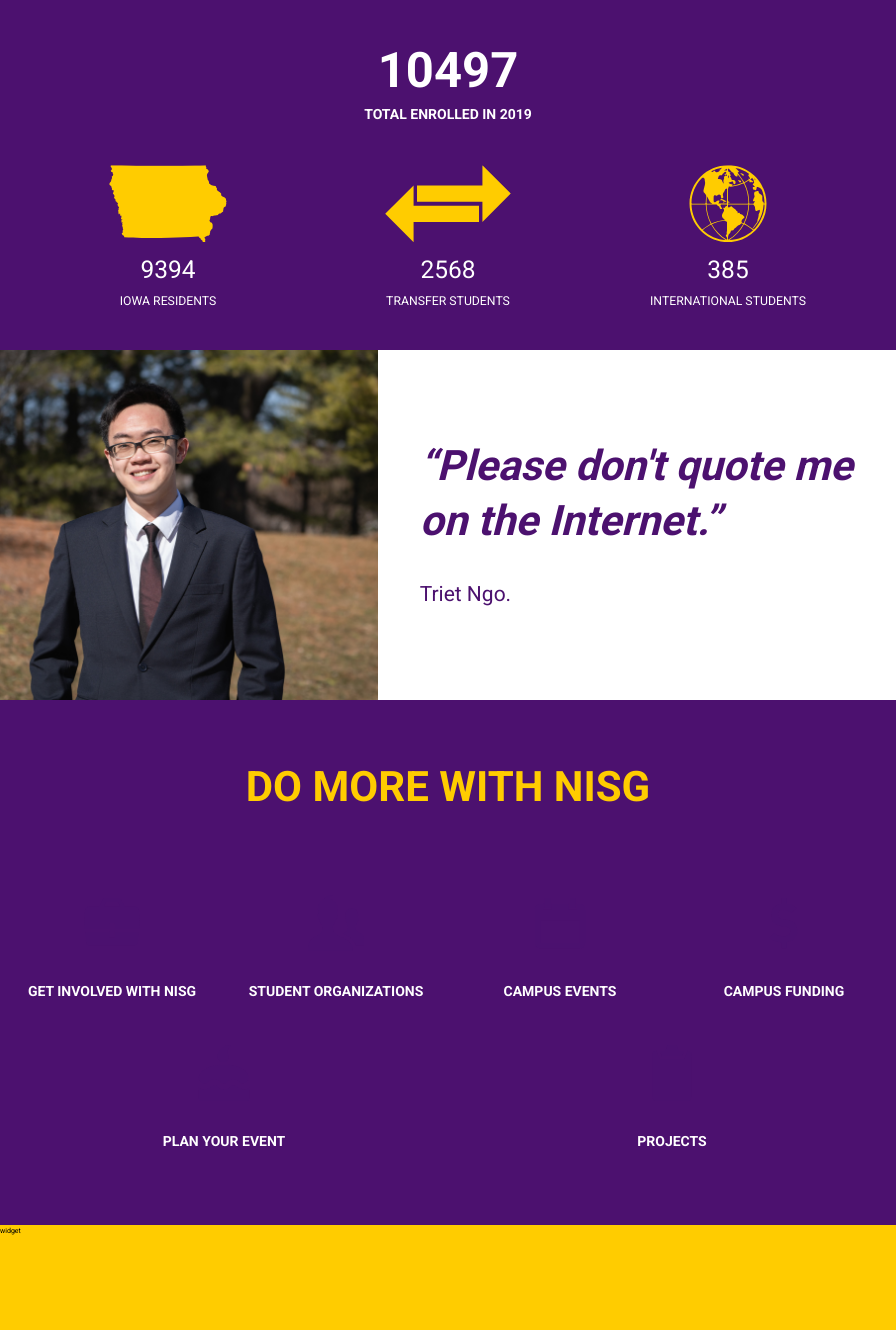
Repository: trietngo/nisg
Page: index.html
These files come from the project's save history. The page is drawn as it stood at one moment and after the next save; the edit follows.
The browser window is 1280 px wide. The pictures show the part of the page from y = 720 to 2620 px (the page is 3270 px tall), at 70% of full size.
Some web fonts or font styles are not loaded; a fallback is used. The style sheet was rebuilt from its Sass, Less or Tailwind sources for each picture, by a compiler version that may differ from the author's.

Above is the page before, as saved 2020-08-29 15:02:25.

After the next save:
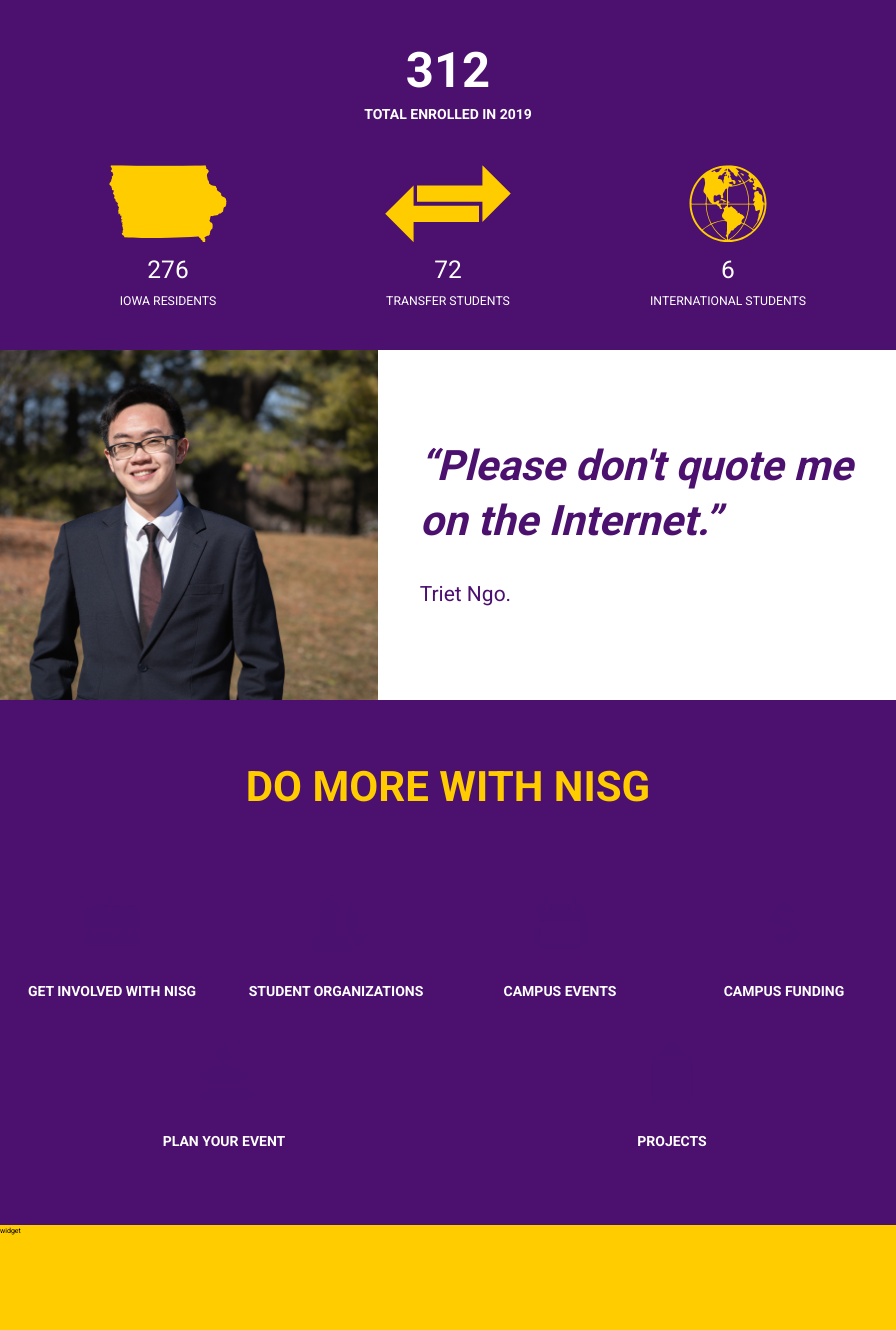
Saved 8 s later.
--- a/script.js
+++ b/script.js
@@ -11,7 +11,7 @@
 
         if (count < target) {
             counter.innerText = count + inc;
-            setTimeout(updateCount, 10);
+            setTimeout(updateCount, 1000);
         } else {
             counter.innerText = target;
         }

After the save that followed:
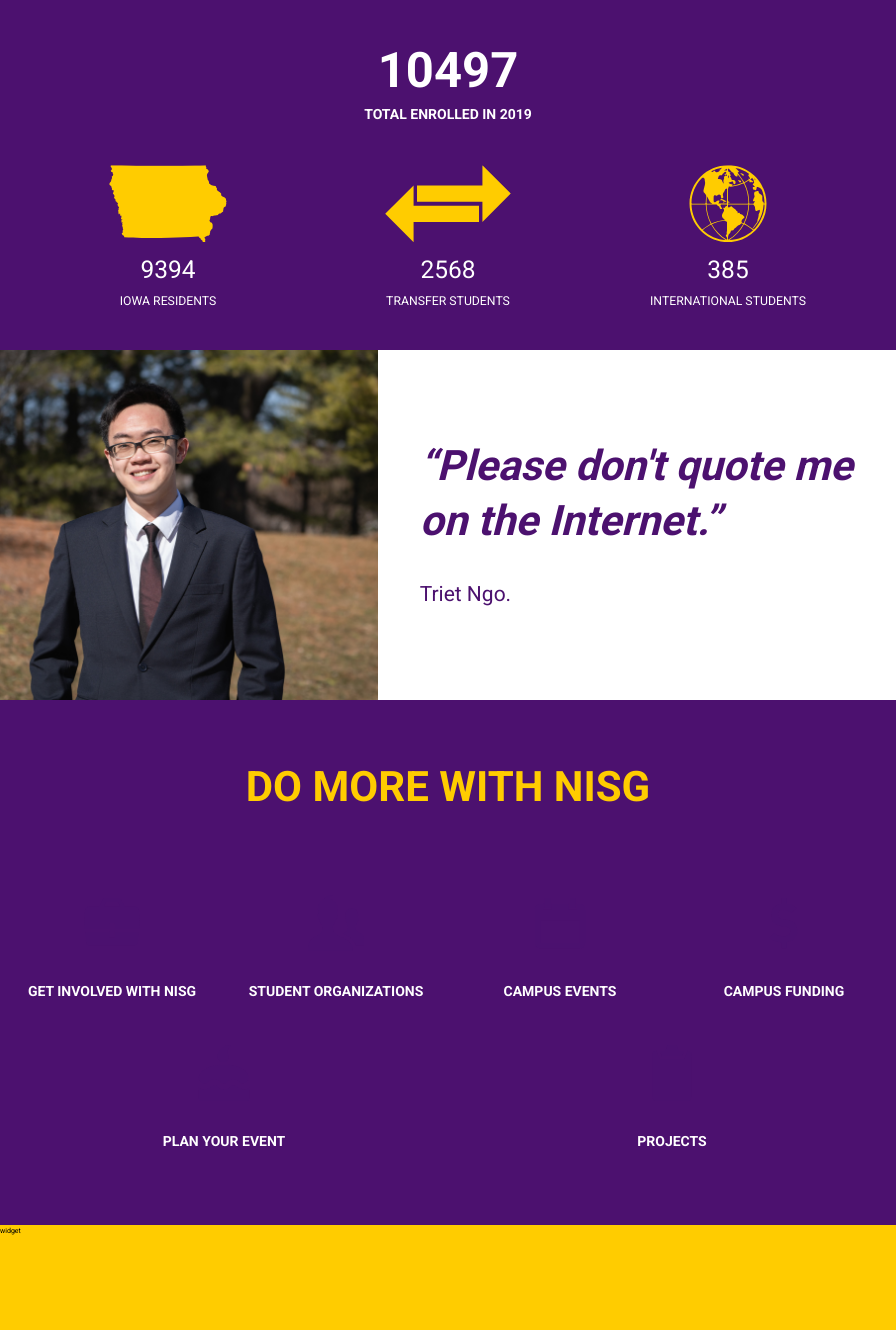
Saved 16 s later.
--- a/script.js
+++ b/script.js
@@ -11,7 +11,7 @@
 
         if (count < target) {
             counter.innerText = count + inc;
-            setTimeout(updateCount, 1000);
+            setTimeout(updateCount, 0.5);
         } else {
             counter.innerText = target;
         }
